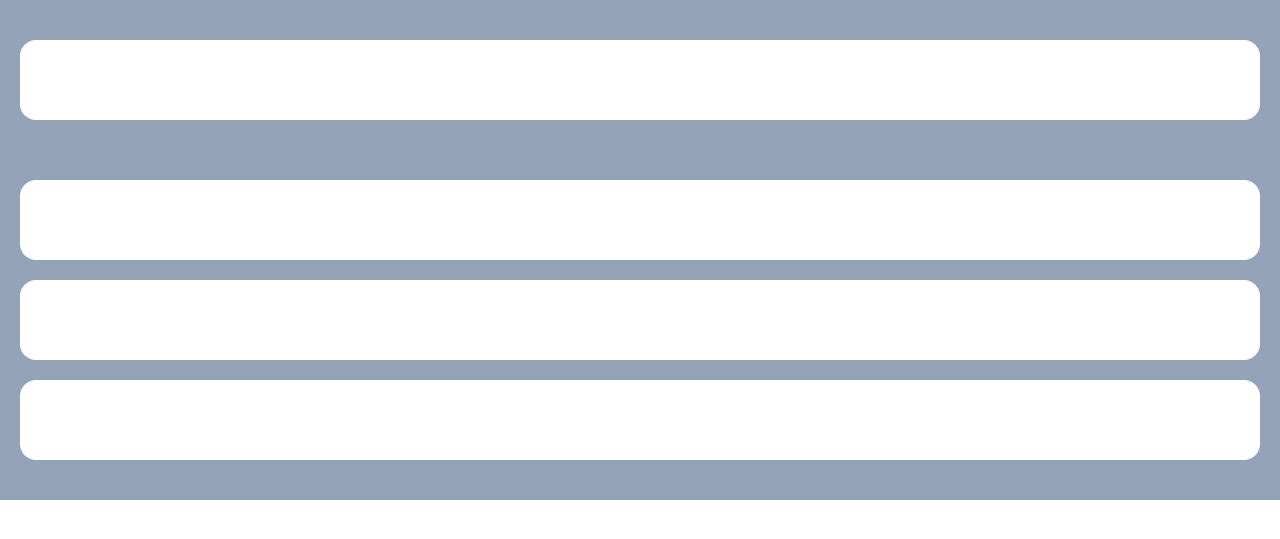
Repository: pjk0007/nextjs-carrot-marcket
Page: /
An editor plug-in stored every save of this project. The page is shown before and after the next save, followed by the edit.
The browser window is 1280 px wide. The pictures show the whole page.
The project was rebuilt for these pictures with package versions that can differ from the ones it lists, and the page was loaded fresh each time. The framework's server and built-in components were replaced by stand-ins that run in the browser. Also part of the build but not shown: next.config.js.

Above is the page before, as saved 2022-04-30 12:53:50.

### pages/index.tsx
import type { NextPage } from 'next'
const Home: NextPage = () => {
  return (
    <div className='bg-slate-400 py-10 px-5 flex flex-col space-y-5'>
      <div className='bg-white p-10 rounded-2xl mb-10'></div>
      <div className='bg-white p-10 rounded-2xl mb-10'></div>
      <div className='bg-white p-10 rounded-2xl mb-10'></div>
      <div className='bg-white p-10 rounded-2xl mb-10'></div>
    </div>
  );
}

export default Home

### tailwind.config.js
module.exports = {
  content: [
    "./pages/**/*.{js,jsx,ts,tsx}",
    "./components/**/*.{js,jsx,ts,tsx}"
  ],
  theme: {
    extend: {},
  },
  plugins: [],
}

Loaded but not shown: pages/_app.tsx (common file); styles/globals.css (common file)

After the next save:
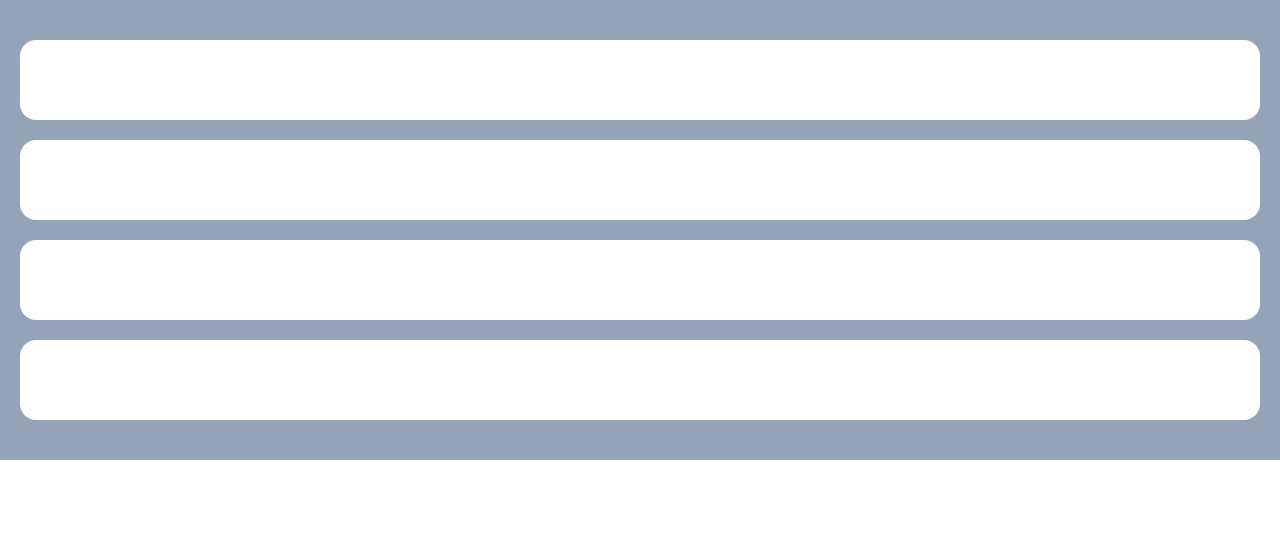
Saved 40 s later.
--- a/pages/index.tsx
+++ b/pages/index.tsx
@@ -2,10 +2,10 @@ import type { NextPage } from 'next'
 const Home: NextPage = () => {
   return (
     <div className='bg-slate-400 py-10 px-5 flex flex-col space-y-5'>
-      <div className='bg-white p-10 rounded-2xl mb-10'></div>
-      <div className='bg-white p-10 rounded-2xl mb-10'></div>
-      <div className='bg-white p-10 rounded-2xl mb-10'></div>
-      <div className='bg-white p-10 rounded-2xl mb-10'></div>
+      <div className='bg-white p-10 rounded-2xl'></div>
+      <div className='bg-white p-10 rounded-2xl'></div>
+      <div className='bg-white p-10 rounded-2xl'></div>
+      <div className='bg-white p-10 rounded-2xl'></div>
     </div>
   );
 }
